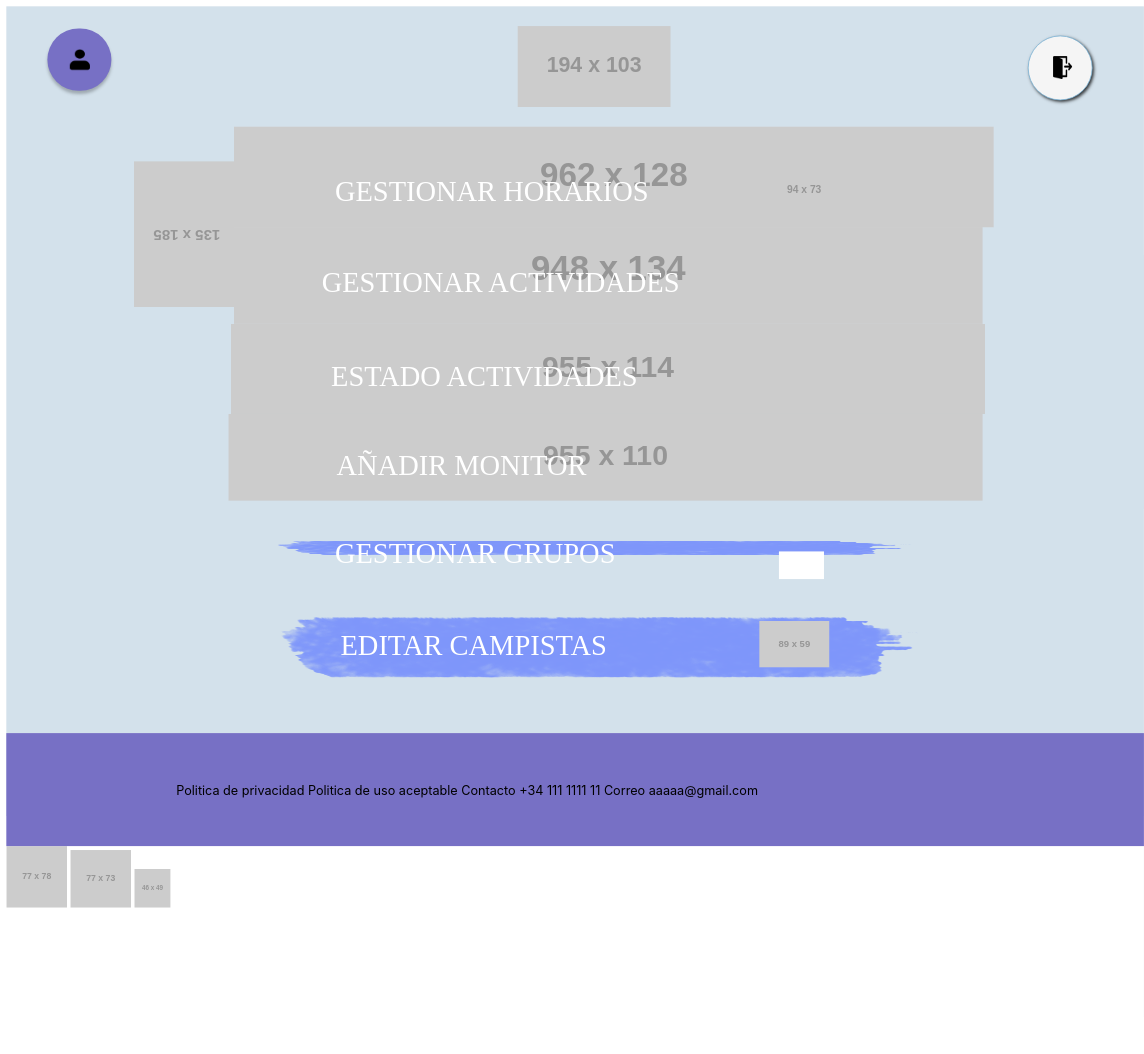
Repository: maariadomiingo/Proyecto-Integrador-Campamento
Page: html/interfaz_coordinador.html
The author's editor kept a copy of each file at every save. The page is drawn from the files as they stood at one save, then again after a run of saves.
The browser window is 1280 px wide. The page is 1448 px wide, so the pictures cover 1448 px, including what lies to the right of the window. The pictures show the whole page, at 79% of full size.

Above is the page before, as saved 2025-01-31 12:28:24.

### html/interfaz_coordinador.html
<!DOCTYPE html>
<html lang="en">
<head>
  <meta charset="UTF-8">
  <meta name="viewport" content="width=device-width, initial-scale=1.0">
  <title>Document</title>
</head>
<body>


<div style="width: 1440px; height: 1063px; position: relative; background: white">
  <div style="width: 1440px; height: 1025px; left: 0px; top: 0px; position: absolute; background: #D3E1EB"></div>
  <div style="width: 81px; height: 79px; left: 52px; top: 28px; position: absolute; background: #7770C5; box-shadow: 0px 4px 4px rgba(0, 0, 0, 0.25); border-radius: 9999px"></div>
  <img style="width: 34px; height: 31px; left: 76px; top: 52px; position: absolute" src="../img/user.png" />
  <div style="width: 80px; height: 80px; left: 1293px; top: 37px; position: absolute; background: #F5F5F5; box-shadow: 2px 2px 4px rgba(0, 0, 0, 0.75); border-radius: 9999px; border: 1px #7AB3D7 solid"></div>
  <img style="width: 24px; height: 29px; left: 1325px; top: 63px; position: absolute" src="../img/cerrar-sesion.png" />
  <div style="width: 1440px; height: 143px; left: 0px; top: 920px; position: absolute; background: #7770C5"></div>
  <div style="width: 1009px; left: 215px; top: 982px; position: absolute; color: black; font-size: 16px; font-family: Inter; font-weight: 400; word-wrap: break-word">Politica de privacidad                 Politica de uso aceptable                 Contacto +34 111 1111 11                  Correo aaaaa@gmail.com</div>
  <div style="width: 407px; height: 125px; left: 187px; top: 300px; position: absolute"></div>
  <img style="width: 940px; height: 400px; left: 288px; top: 630px; position: absolute" src="../img/trazo-pincel.png" />
  <img style="width: 936px; height: 94px; left: 283px; top: 643px; position: absolute" src="../img/trazo-pincel.png" />
  <div style="width: 955px; height: 110px; left: 281px; top: 516px; position: absolute">
    <img style="width: 955px; height: 110px; left: 0px; top: 0px; position: absolute" src="https://via.placeholder.com/955x110" />
    <div style="width: 455px; height: 17.65px; left: 137px; top: 44px; position: absolute; color: white; font-size: 36px; font-family: Montserrat; font-weight: 500; word-wrap: break-word">AÑADIR MONITOR</div>
  </div>
  <div style="width: 955px; height: 114px; left: 284px; top: 402px; position: absolute">
    <img style="width: 955px; height: 114px; left: 0px; top: 0px; position: absolute" src="https://via.placeholder.com/955x114" />
    <div style="width: 533px; height: 18.30px; left: 127px; top: 46.41px; position: absolute; color: white; font-size: 36px; font-family: Montserrat; font-weight: 500; word-wrap: break-word">ESTADO ACTIVIDADES</div>
  </div>
  <div style="width: 948px; height: 134px; left: 288px; top: 268px; position: absolute">
    <img style="width: 948px; height: 134px; left: 0px; top: 0px; position: absolute" src="https://via.placeholder.com/948x134" />
    <div style="width: 566.81px; height: 21.51px; left: 111.19px; top: 61.17px; position: absolute; color: white; font-size: 36px; font-family: Montserrat; font-weight: 500; word-wrap: break-word">GESTIONAR ACTIVIDADES</div>
  </div>
  <img style="width: 135px; height: 185px; left: 296px; top: 381px; position: absolute; transform: rotate(180deg); transform-origin: 0 0" src="https://via.placeholder.com/135x185" />
  <div style="width: 651px; height: 863px; left: 670px; top: 463px; position: absolute"></div>
  <div style="width: 962px; height: 128px; left: 288px; top: 152px; position: absolute">
    <img style="width: 962px; height: 128px; left: 0px; top: 0px; position: absolute" src="https://via.placeholder.com/962x128" />
    <div style="width: 584.25px; height: 20.54px; left: 127.93px; top: 60.84px; position: absolute; color: white; font-size: 36px; font-family: Montserrat; font-weight: 500; word-wrap: break-word">GESTIONAR HORARIOS</div>
    <img style="width: 93.68px; height: 73.48px; left: 674.91px; top: 44.25px; position: absolute" src="https://via.placeholder.com/94x73" />
  </div>
  <img style="width: 194px; height: 103px; left: 647px; top: 25px; position: absolute" src="https://via.placeholder.com/194x103" />
  <img style="width: 89px; height: 59px; left: 953px; top: 778px; position: absolute" src="https://via.placeholder.com/89x59" />
  <div style="width: 100px; height: 100px; left: 646px; top: 210px; position: absolute"></div>
  <div style="width: 455px; height: 60px; left: 423px; top: 788px; position: absolute; color: white; font-size: 36px; font-family: Montserrat; font-weight: 500; word-wrap: break-word">EDITAR CAMPISTAS</div>
  <div style="width: 455px; height: 17.65px; left: 416px; top: 672px; position: absolute; color: white; font-size: 36px; font-family: Montserrat; font-weight: 500; word-wrap: break-word">GESTIONAR GRUPOS</div>
  <div style="width: 69px; height: 70px; padding-left: 5.75px; padding-right: 5.75px; padding-top: 17.50px; padding-bottom: 17.50px; left: 966px; top: 655px; position: absolute; flex-direction: column; justify-content: center; align-items: center; display: inline-flex">
    <div style="width: 57.50px; height: 35px; background: white"></div>
  </div>
</div>
<img style="width: 77px; height: 78px" src="https://via.placeholder.com/77x78" />
<img style="width: 77px; height: 73px" src="https://via.placeholder.com/77x73" />
<img style="width: 46px; height: 49px" src="https://via.placeholder.com/46x49" />
</body>
</html>

After the next 2 saves:
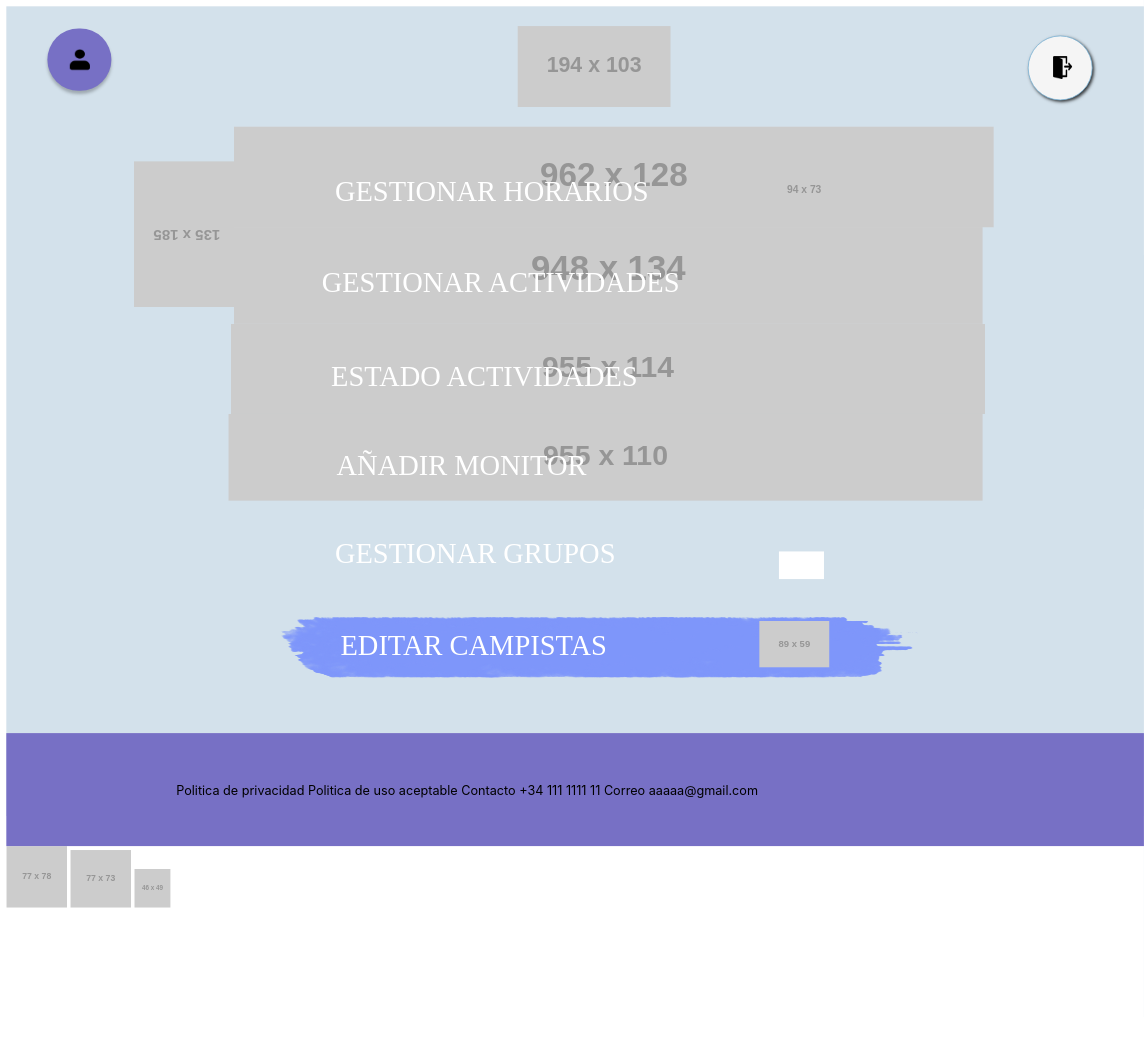
The 2 saves are shown as one change because they came seconds apart.
The last was saved 13 s later.
--- a/html/interfaz_coordinador.html
+++ b/html/interfaz_coordinador.html
@@ -18,7 +18,7 @@
   <div style="width: 1009px; left: 215px; top: 982px; position: absolute; color: black; font-size: 16px; font-family: Inter; font-weight: 400; word-wrap: break-word">Politica de privacidad                 Politica de uso aceptable                 Contacto +34 111 1111 11                  Correo aaaaa@gmail.com</div>
   <div style="width: 407px; height: 125px; left: 187px; top: 300px; position: absolute"></div>
   <img style="width: 940px; height: 400px; left: 288px; top: 630px; position: absolute" src="../img/trazo-pincel.png" />
-  <img style="width: 936px; height: 94px; left: 283px; top: 643px; position: absolute" src="../img/trazo-pincel.png" />
+  <img style="width: 940px; height: 400px; left: 288px; top: 630px; position: absolute" src="../img/trazo-pincel.png" />
   <div style="width: 955px; height: 110px; left: 281px; top: 516px; position: absolute">
     <img style="width: 955px; height: 110px; left: 0px; top: 0px; position: absolute" src="https://via.placeholder.com/955x110" />
     <div style="width: 455px; height: 17.65px; left: 137px; top: 44px; position: absolute; color: white; font-size: 36px; font-family: Montserrat; font-weight: 500; word-wrap: break-word">AÑADIR MONITOR</div>
